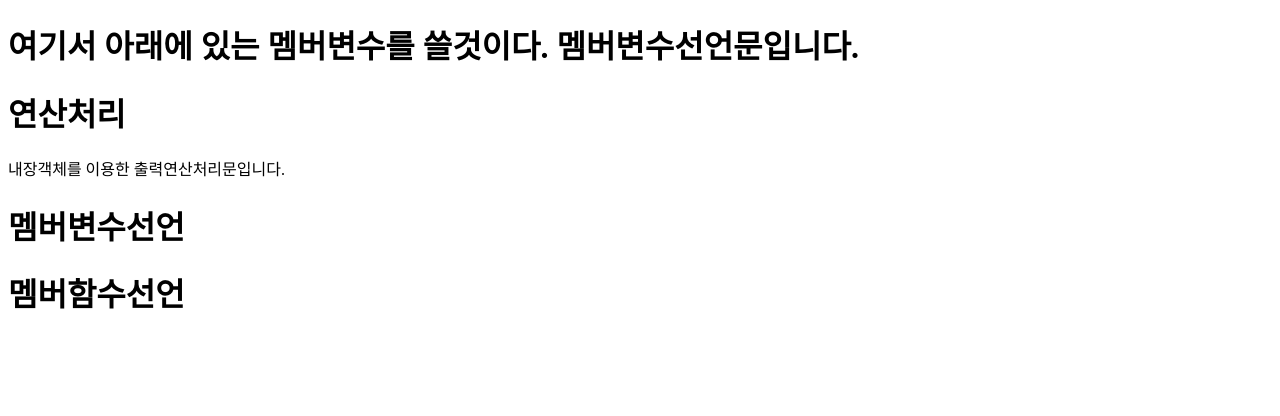
Repository: kdongjin/jspStudy
Page: http://localhost/jspStudy/sample/first.jsp
The author's editor kept a copy of each file at every save. The page is drawn from the files as they stood at one save, then again after the next save.
The browser window is 1280 px wide. The pictures show the whole page.
The page is served by Tomcat 9. Nobody is signed in. The application's start-up code is not run. Other server files are loaded and not shown.

Above is the page before, as saved 2024-12-05 03:48:38.

### jspStudy/src/main/webapp/sample/first.jsp
<%@page  contentType="text/html; charset=UTF-8" %>
<!DOCTYPE html>
<html>
<head>
<meta charset="UTF-8">
<title>Insert title here</title>
</head>
<body>
	<h1> 여기서 아래에 있는 멤버변수를 쓸것이다. <%= declation %> </h1>
	<h1>연산처리</h1>
	<%
		//연산처리
		//내장객체: ontext, config, request, response, pageContext, session, out, page
		//자바연산처리(제어문, 반목문): 서비스에서 진행이된다.
		String message = "연산처리문입니다. ";  //message : (서비스에 있는 지역변수입니다)
		out.println("내장객체를 이용한 출력"+message);
	%>
	<h1>멤버변수선언</h1>
	<%!
		//멤버변수선언
		String declation = "멤버변수선언문입니다. ";
	%>
	<h1>멤버함수선언</h1>
	<%!
		//멤버함수선언
		public String getDeclation(){
			return declation;
	  }
	%>




</body>
</html>

After the next save:
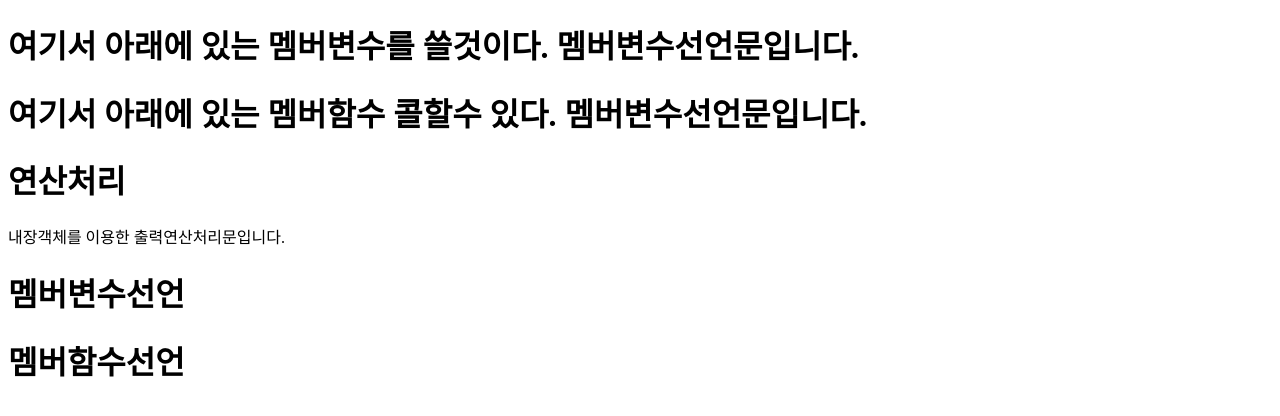
Saved 68 s later.
--- a/jspStudy/src/main/webapp/sample/first.jsp
+++ b/jspStudy/src/main/webapp/sample/first.jsp
@@ -6,7 +6,8 @@
 <title>Insert title here</title>
 </head>
 <body>
-	<h1> 여기서 아래에 있는 멤버변수를 쓸것이다. <%= declation %> </h1>
+	<h1> 여기서 아래에 있는 멤버변수를 쓸것이다. <%= declation%> </h1>
+	<h1> 여기서 아래에 있는 멤버함수 콜할수 있다. <%= getDeclation()%> </h1>
 	<h1>연산처리</h1>
 	<%
 		//연산처리
@@ -27,9 +28,5 @@
 			return declation;
 	  }
 	%>
-
-
-
-
 </body>
 </html>
